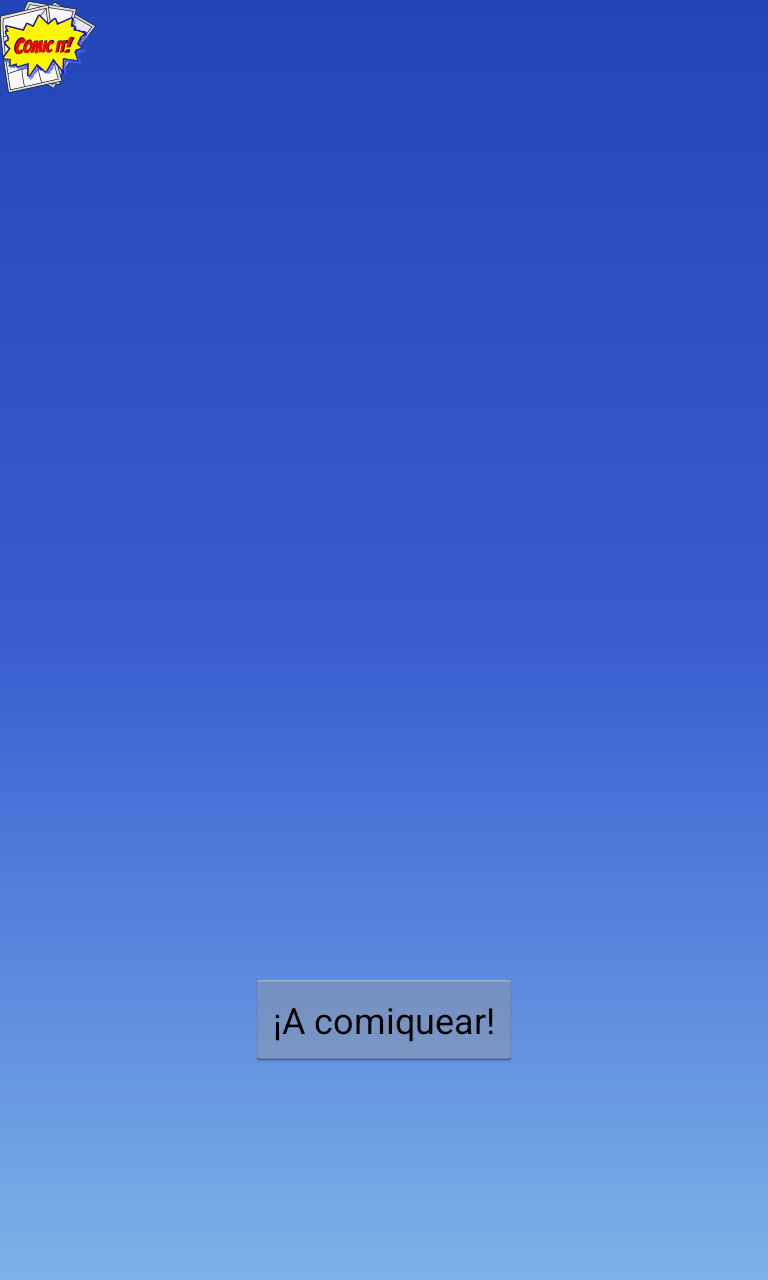
Repository: JackieRamosM/ProyectoAndroid
Layout: Comic_It/res/layout/activity_main.xml
The author's editor kept a copy of each file at every save. The layout is drawn from the files as they stood at one save, then again after the next save.
It is drawn on a 768 x 1280 px phone screen (xhdpi) without system bars, with theme AppTheme; the app's code is not run.

Above is the layout before, as saved 2012-11-15 01:48:57.

After the next save:
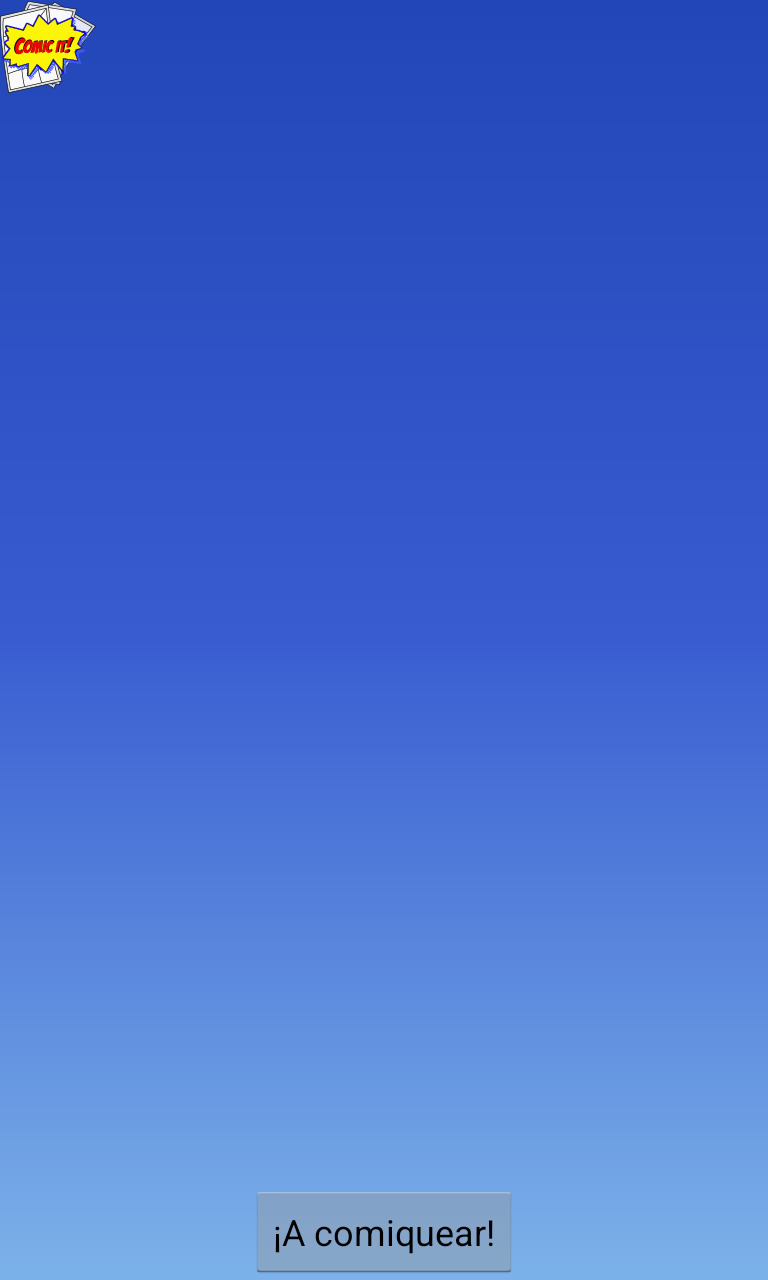
Saved 20 s later.
--- a/Comic_It/res/layout/activity_main.xml
+++ b/Comic_It/res/layout/activity_main.xml
@@ -11,7 +11,8 @@
         android:layout_height="wrap_content"
         android:layout_alignParentBottom="true"
         android:layout_centerHorizontal="true"
-        android:layout_marginBottom="106dp"
+        android:layout_marginTop="159dp"
+
         android:text="¡A comiquear!" />
 
     <ImageView
